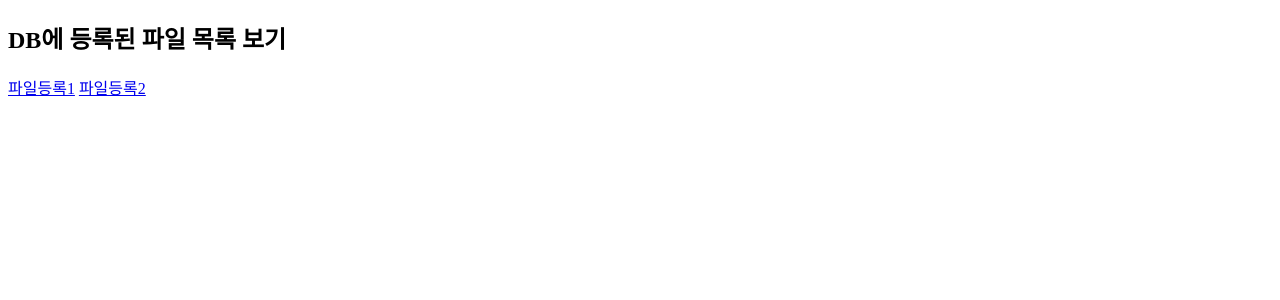
Repository: Park-Dongheon/Servlet-JSP_Training
Page: http://localhost/MustHaveJSP/13FileUpload/FileList.jsp
An editor plug-in stored every save of this project. The page is shown before and after the next save, followed by the edit.
The browser window is 1280 px wide. The pictures show the whole page.
The page is served by Tomcat 10. Other server files are loaded and not shown. Queries for data that is not in the repository find no rows.

Above is the page before, as saved 2024-06-26 07:40:56.

### MustHaveJSP/src/main/webapp/13FileUpload/FileList.jsp
<%@ page import="java.util.List"%>
<%@ page import="fileupload.MyFileDAO"%>
<%@ page import="fileupload.MyFileDTO"%>
<%@ page language="java" contentType="text/html; charset=UTF-8"
    pageEncoding="UTF-8"%>
<!DOCTYPE html>
<html>
<head>
<meta charset="UTF-8">
<title>FileUpload</title>
</head>
<body>
	<h2>DB에 등록된 파일 목록 보기</h2>
	<a href="FileUploadMain.jsp">파일등록1</a>
	<a href="MultiUploadMain.jsp">파일등록2</a>
	<%
	MyFileDAO dao = new MyFileDAO();
	List<MyFileDTO> fileLists = dao.myFileList();
	dao.close();
	%>
</body>
</html>

### MustHaveJSP/src/main/java/fileupload/MyFileDAO.java
package fileupload;

import java.sql.Connection;
import java.sql.PreparedStatement;
import java.sql.ResultSet;
import java.sql.SQLException;
import java.sql.Statement;
import java.util.List;
import java.util.Vector;

import common.JDBConnect;

public class MyFileDAO extends JDBConnect {
    //새로운 게시물을 입력합니다.
    public int insertFile(MyFileDTO dto) {
        PreparedStatement psmt = null;
        Connection conn = null;
        int applyResult = 0;
        try {
            conn = getConnection(); // Connection 객체 얻기
            String query = "INSERT INTO myfile (title, cate, ofile, sfile) VALUES (?, ?, ?, ?)";

            psmt = conn.prepareStatement(query);
            psmt.setString(1, dto.getTitle());
            psmt.setString(2, dto.getCate());
            psmt.setString(3, dto.getOfile());
            psmt.setString(4, dto.getSfile());

            applyResult = psmt.executeUpdate();
        } catch (Exception e) {
            System.out.println("INSERT 중 예외 발생");
            e.printStackTrace();
        } finally {
            try {
                if (psmt != null) psmt.close();
                if (conn != null) conn.close(); // Connection 객체 닫기
            } catch (SQLException e) {
                e.printStackTrace();
            }
        }

        return applyResult;
    }

    // 파일 목록을 반환합니다.
    public List<MyFileDTO> myFileList() {
        List<MyFileDTO> fileList = new Vector<MyFileDTO>();
        // 쿼리문 작성
        String query = "SELECT * FROM myfile ORDER BY idx DESC";

        Statement stmt = null;
        ResultSet rs = null;

        try {
            stmt = getConnection().createStatement();        // statement 객체 생성
            rs = stmt.executeQuery(query);                    // 쿼리 실행

            while (rs.next()) {    // 목록 안의 파일 수만큼 반복
                // DTO에 저장
                MyFileDTO dto = new MyFileDTO();

                dto.setIdx(rs.getString(1));
                dto.setTitle(rs.getString(2));
                dto.setCate(rs.getString(3));
                dto.setOfile(rs.getString(4));
                dto.setSfile(rs.getString(5));
                dto.setPostdate(rs.getString(6));

                fileList.add(dto);                            // 목록에 추가
            }
        } catch (Exception e) {
            System.out.println("SELECT 시 예외 발생");
            e.printStackTrace();
        } finally {
            try {
                if (rs != null) rs.close();
                if (stmt != null) stmt.close();
                if (getConnection() != null) getConnection().close();
            } catch (SQLException e) {
                e.printStackTrace();
            }
        }

        return fileList;        // 목록 반환
    }
}

After the next save:
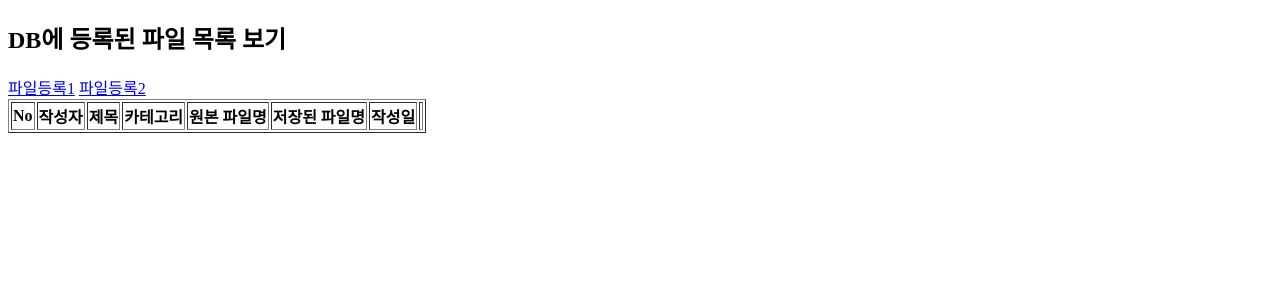
Saved 79 s later.
--- a/MustHaveJSP/src/main/webapp/13FileUpload/FileList.jsp
+++ b/MustHaveJSP/src/main/webapp/13FileUpload/FileList.jsp
@@ -18,5 +18,11 @@
 	List<MyFileDTO> fileLists = dao.myFileList();
 	dao.close();
 	%>
+	<table border="1">
+		<tr>
+			<th>No</th><th>작성자</th><th>제목</th><th>카테고리</th>
+			<th>원본 파일명</th><th>저장된 파일명</th><th>작성일</th><th></th>
+		</tr>
+	</table>
 </body>
 </html>
